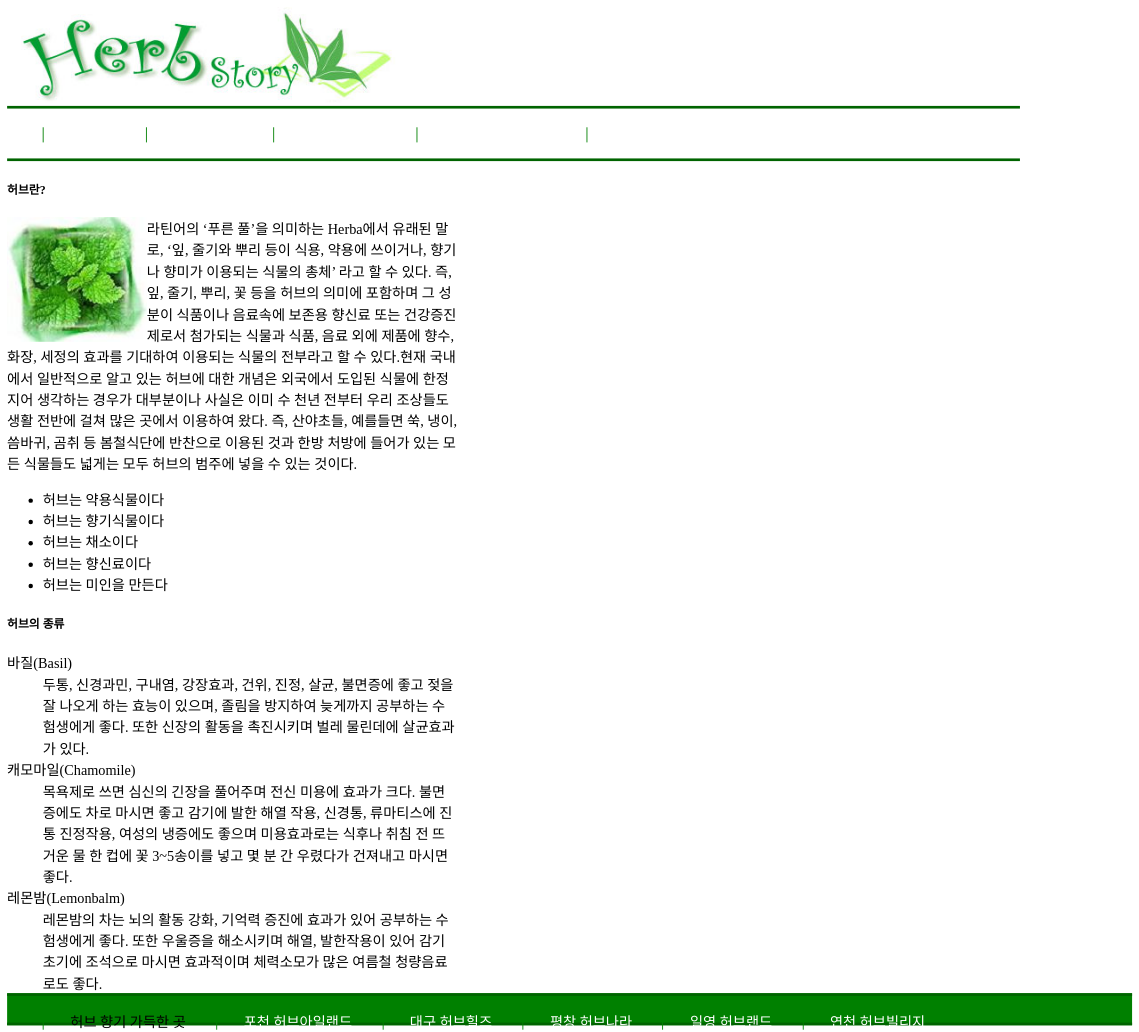
Repository: RyuJelly/java_web
Page: CSS/WebContent/exam2/layout.htm
An editor plug-in stored every save of this project. The page is shown before and after the next save, followed by the edit.
The browser window is 1280 px wide. The pictures show the whole page, at 89% of full size.

Above is the page before, as saved 2021-03-08 05:51:12.

After the next save:
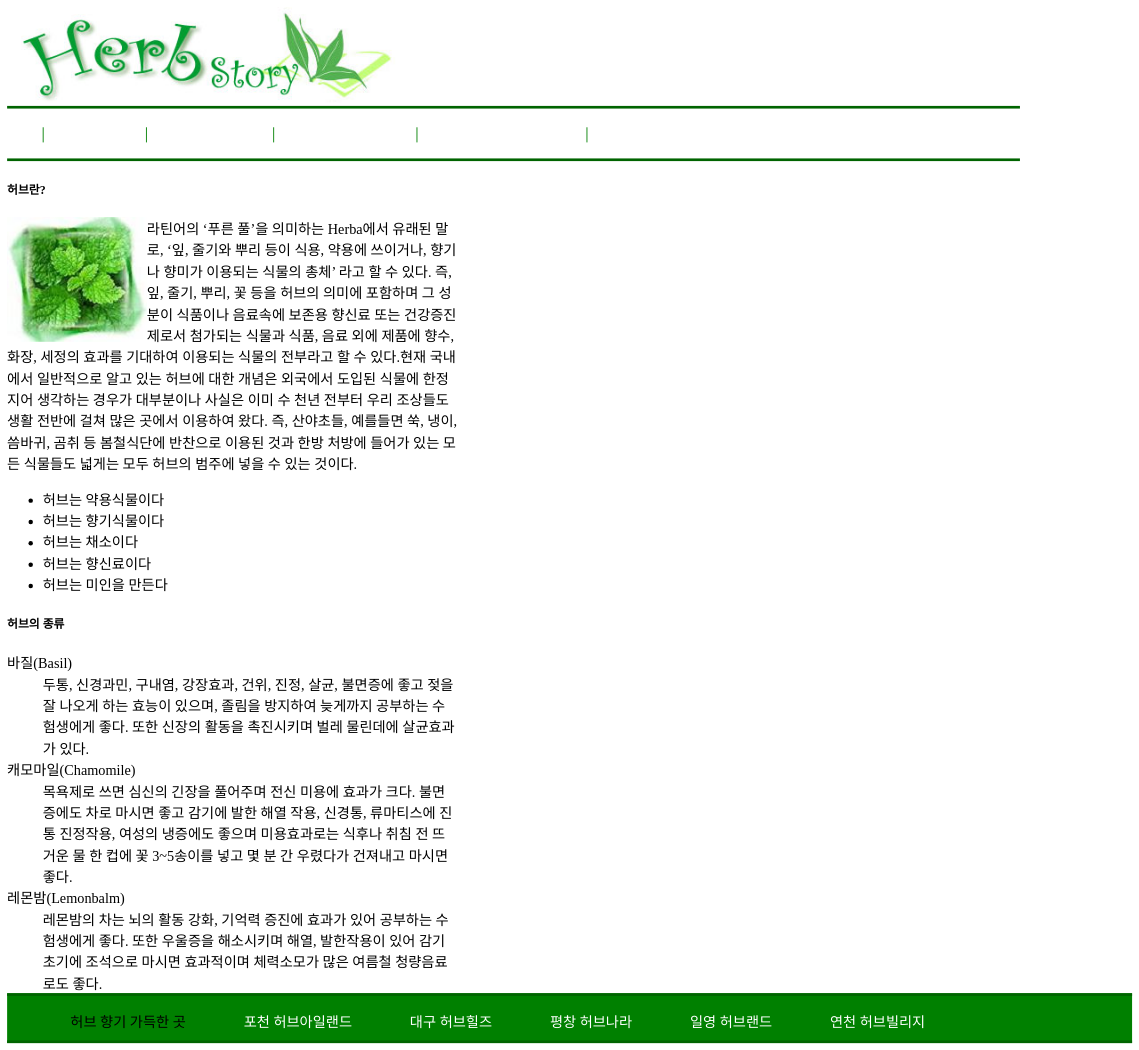
Saved 7 s later.
--- a/CSS/WebContent/exam2/layout.htm
+++ b/CSS/WebContent/exam2/layout.htm
@@ -38,7 +38,7 @@
 	#infolist{
 		border-top: 3px solid darkgreen;
 		border-bottom: 3px solid darkgreen;
-		height: 30px;
+		height: 50px;
 		background-color: green;
 	}
 	#infolist ul{
